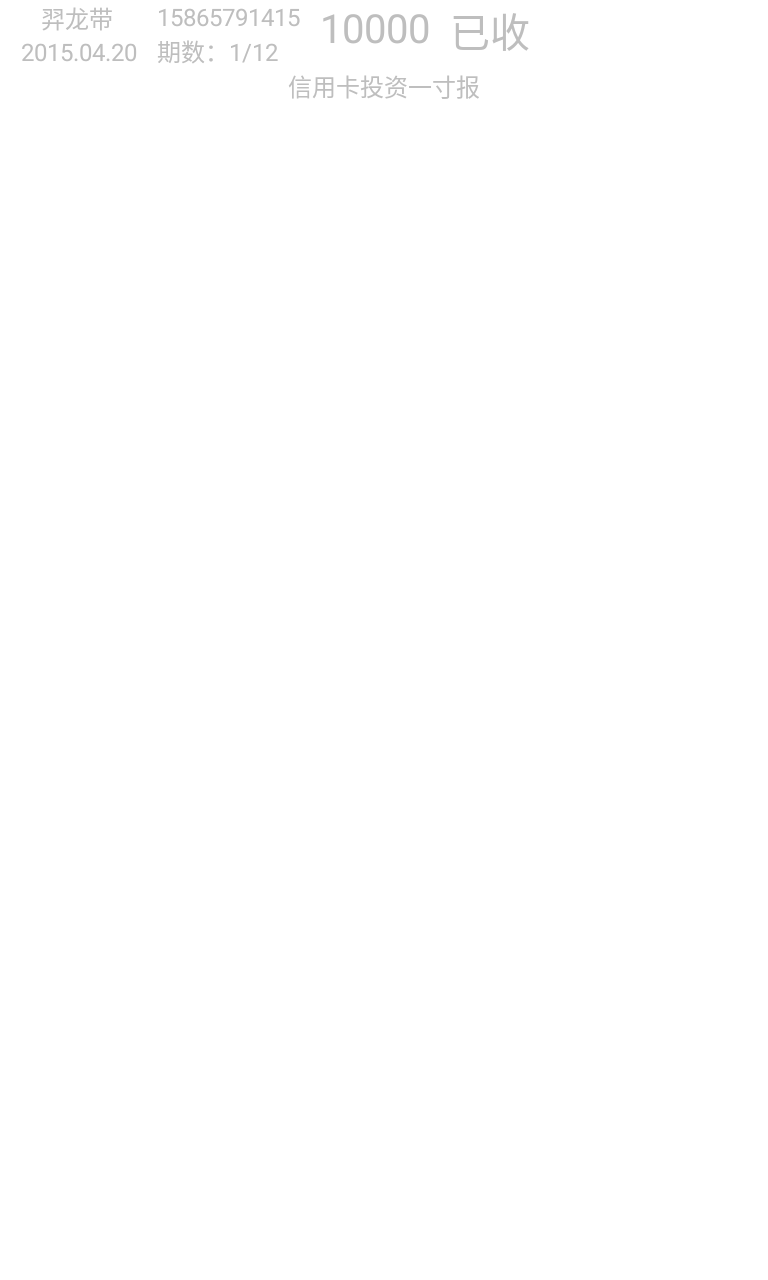
Repository: gongxinge/money-android
Layout: P2P/res/layout/billdetaillistitem.xml
An editor plug-in stored every save of this project. The layout is shown before and after the next save, followed by the edit.
It is drawn on a 768 x 1280 px phone screen (xhdpi) without system bars, with theme android:Theme; the app's code is not run.

Above is the layout before, as saved 2015-06-28 03:48:53.

After the next save:
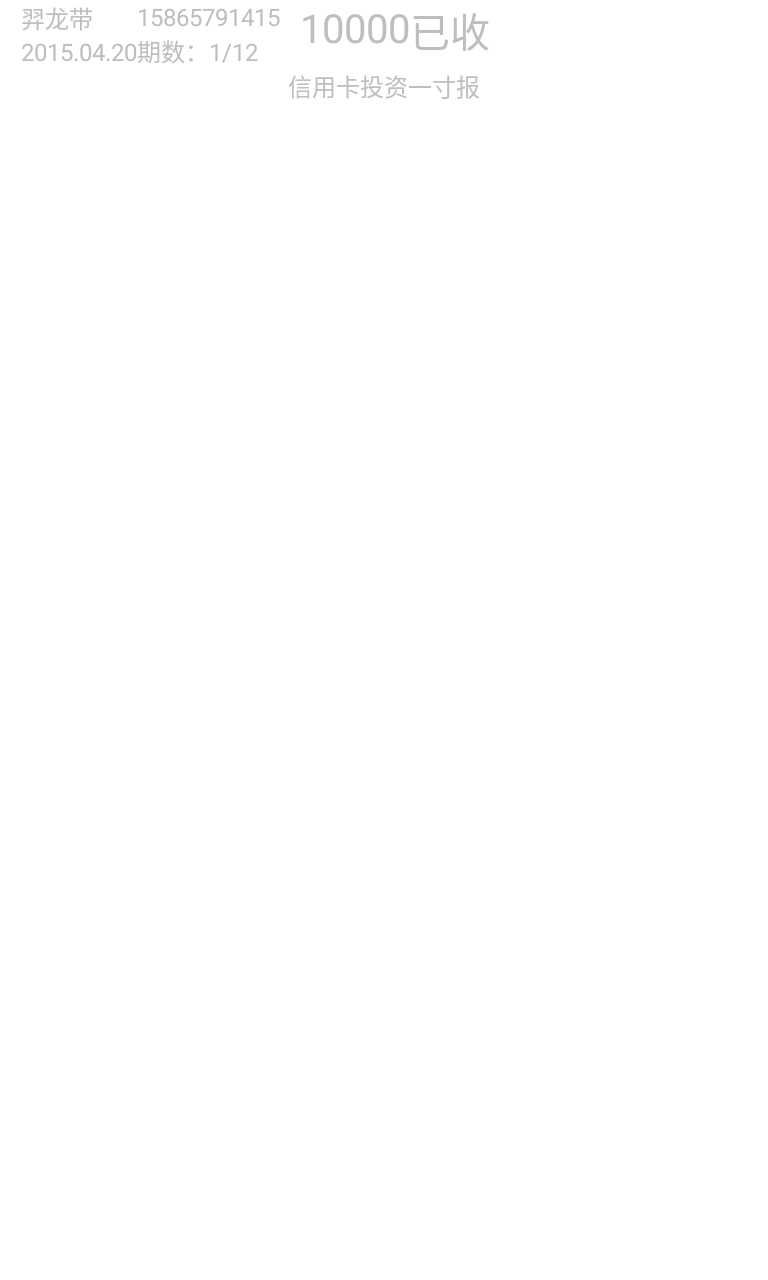
Saved 24 s later.
--- a/P2P/res/layout/billdetaillistitem.xml
+++ b/P2P/res/layout/billdetaillistitem.xml
@@ -24,7 +24,6 @@
                     android:id="@+id/tvSiteName"
                     android:layout_width="wrap_content"
                     android:layout_height="wrap_content"
-                    android:layout_marginLeft="10dp"
                     android:text="羿龙带"
                     android:textSize="12dp" />
 
@@ -46,7 +45,6 @@
                     android:id="@+id/tvSiteUserName"
                     android:layout_width="wrap_content"
                     android:layout_height="wrap_content"
-                    android:layout_marginLeft="10dp"
                     android:text="15865791415"
                     android:textSize="12dp" />
 
@@ -56,7 +54,6 @@
                     android:layout_width="wrap_content"
                     android:layout_height="wrap_content"
                     android:text="期数：1/12"
-                    android:layout_marginLeft="10dp"
                     android:textSize="12dp" />
             </LinearLayout>
 
@@ -74,7 +71,6 @@
             android:id="@+id/tvState"
             android:layout_width="wrap_content"
             android:layout_height="wrap_content"
-            android:layout_marginLeft="10dp"
             android:text="已收"
             android:textSize="20dp" />
     </LinearLayout>
